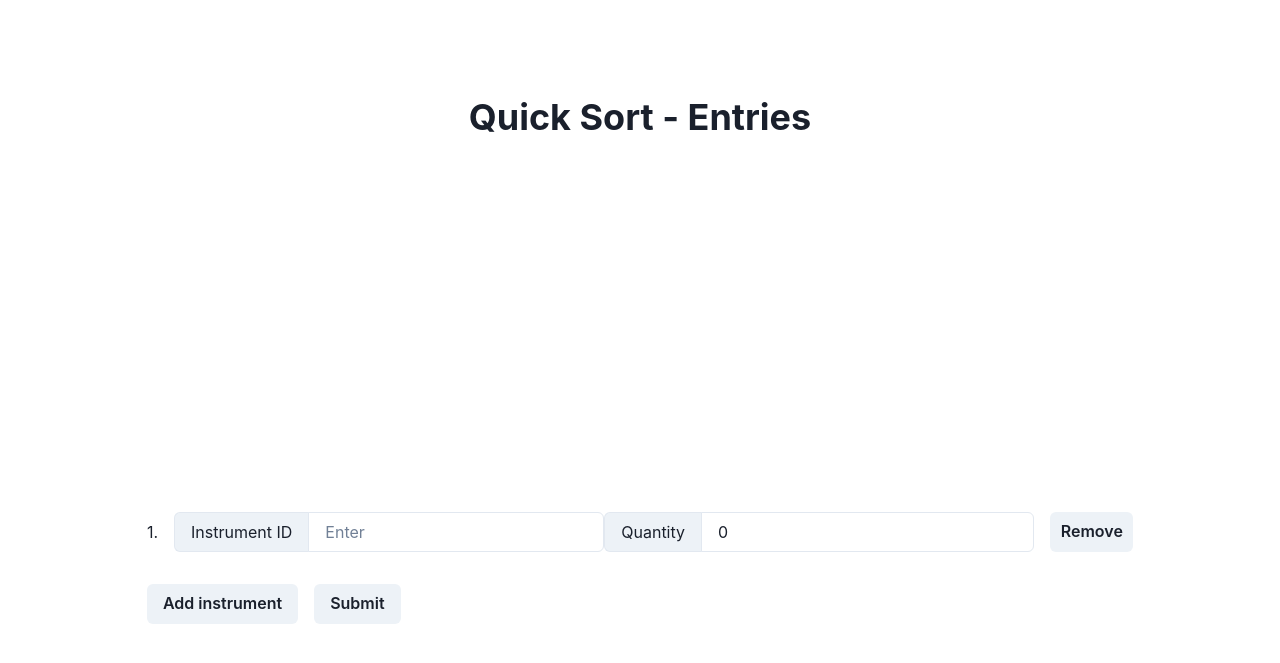
Repository: rohit-jindal18/stock-trailer
Page: /home
The author's editor kept a copy of each file at every save. The page is drawn from the files as they stood at one save, then again after the next save.
The browser window is 1280 px wide. The pictures show the whole page.
The project was rebuilt for these pictures with package versions that can differ from the ones it lists, and the page was loaded fresh each time. The framework's server and built-in components were replaced by stand-ins that run in the browser. Also part of the build but not shown: next.config.js.

Above is the page before, as saved 2023-03-14 15:09:40.

After the next save:
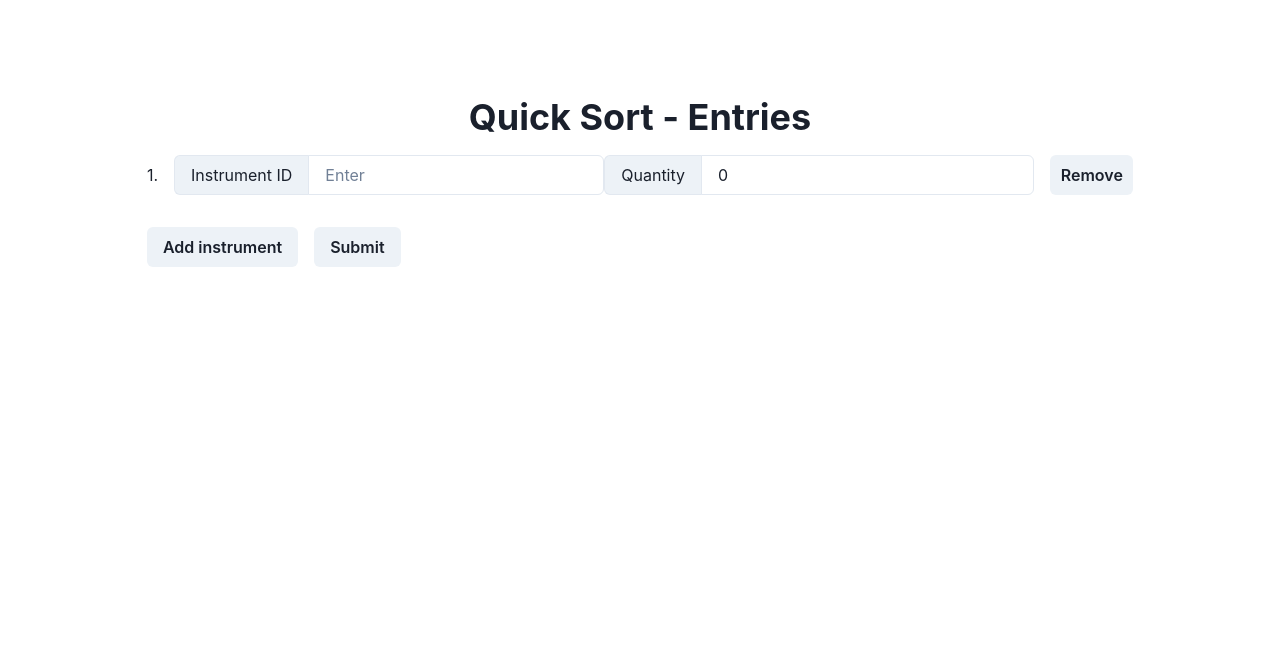
Saved 33 s later.
--- a/src/styles/Home.module.css
+++ b/src/styles/Home.module.css
@@ -4,7 +4,6 @@
   justify-content: space-between;
   align-items: center;
   padding: 6rem;
-  min-height: 100vh;
 }
 
 .description {
